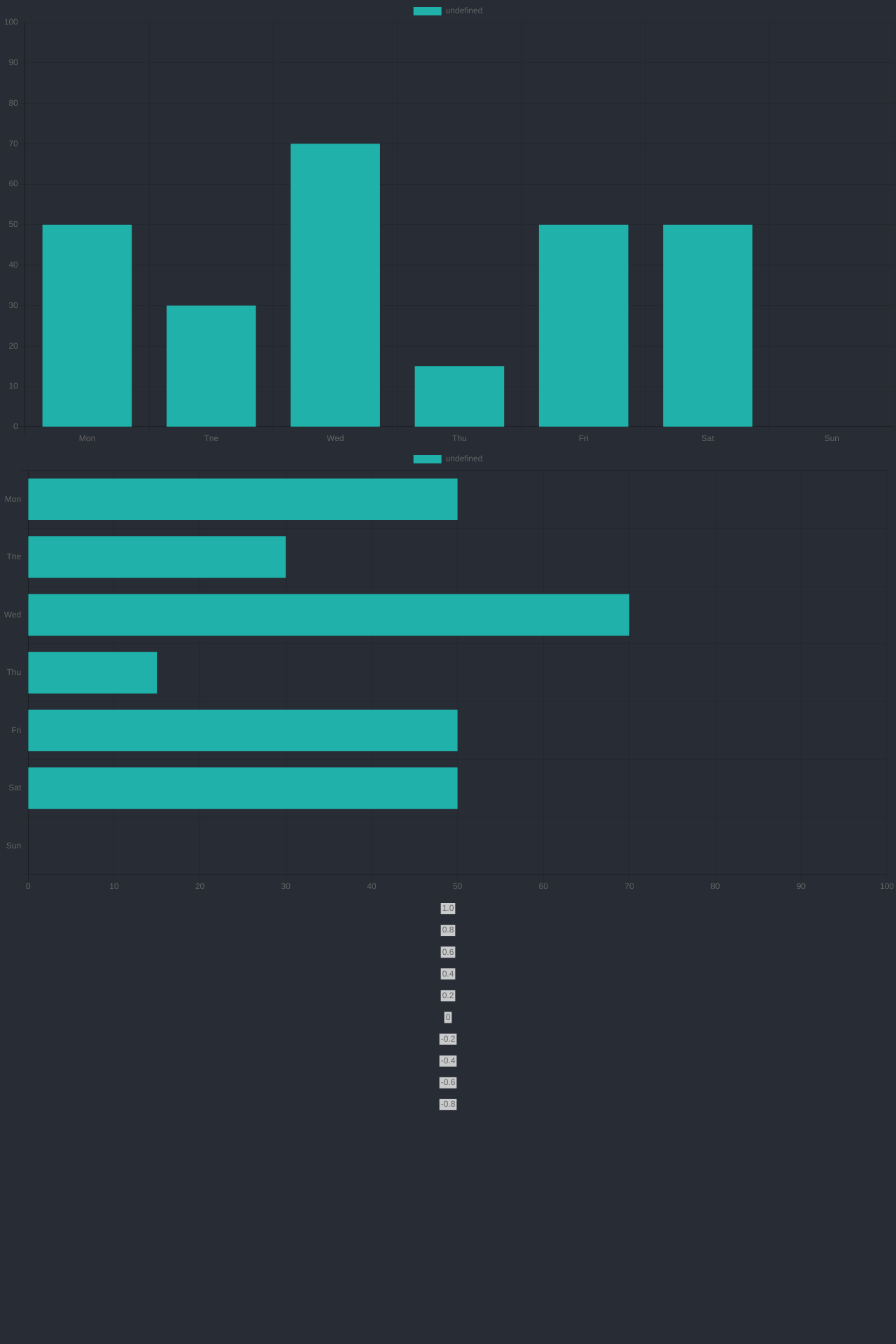
Repository: ShunsukeTanizaki/COVID19-Live
Page: /
An editor plug-in stored every save of this project. The page is shown before and after the next save, followed by the edit.
The browser window is 1280 px wide. The pictures show the part of the page from y = 1920 to 3840 px (the page is 3840 px tall), at 70% of full size.
The project was rebuilt for these pictures with package versions that can differ from the ones it lists, and the page was loaded fresh each time.

Above is the page before, as saved 2020-11-06 00:16:06.

### src/App.tsx
import React from "react";
// import logo from "./logo.svg";
import "./App.css";
import LinePlot from "./components/LinePlot";
import PiePlot from "./components/PiePlot";
import BarPlot from "./components/BarPlot";
import { Radar } from "react-chartjs-2";

function App() {
    return (
        <div className="App">
            <LinePlot />
            <PiePlot />
            <BarPlot />
            <Radar />
        </div>
    );
}

export default App;

### src/App.css
.App {
    background-color: #282c34;
    text-align: center;
}

.App-logo {
    height: 40vmin;
    pointer-events: none;
}

@media (prefers-reduced-motion: no-preference) {
    .App-logo {
        animation: App-logo-spin infinite 20s linear;
    }
}

.App-header {
    background-color: #282c34;
    min-height: 100vh;
    display: flex;
    flex-direction: column;
    align-items: center;
    justify-content: center;
    font-size: calc(10px + 2vmin);
    color: white;
}

.App-link {
    color: #61dafb;
}

@keyframes App-logo-spin {
    from {
        transform: rotate(0deg);
    }
    to {
        transform: rotate(360deg);
    }
}

### src/components/LinePlot.tsx
import React from "react";
import { Line } from "react-chartjs-2";

const data = {
    labels: ["Mon", "Tne", "Wed", "Thu", "Fri", "Sat", "Sun"],
    datasets: [
        {
            label: "Demo Line plot",
            backgroundColor: "#008080",
            borderColor: "#7fffd4",
            pointBorderWidth: 10,
            data: [1, 6, 9, 15, 30, 40, 80]
        }
    ]
};

const LinePlot: React.FC = () => {
    return (
        <div>
            <Line data={data} />
        </div>
    );
};

export default LinePlot;

### src/components/PiePlot.tsx
import React from "react";
import { Pie, Doughnut } from "react-chartjs-2";

const data = {
    labels: ["Windows", "Mac", "Linux"],
    datasets: [
        {
            data: [90, 7, 3],
            backgroundColor: ["#4196e1", "#ff1493", "#FFCE56"],
            hoverBackgroundColor: ["#36A2BE", "#FF6384", "#FFCE56"],
            borderColor: ["transparent", "transparent", "transparent"]
        }
    ]
};

const PiePlot: React.FC = () => {
    return (
        <div>
            <Pie data={data} />
            <Doughnut data={data} />
        </div>
    );
};

export default PiePlot;

### src/components/BarPlot.tsx
import React from "react";
import { Bar, HorizontalBar } from "react-chartjs-2";

const data = {
    labels: ["Mon", "Tne", "Wed", "Thu", "Fri", "Sat", "Sun"],
    datasets: [
        {
            labsl: "Demo bdr plot",
            backgroundColor: "#20b2aa",
            borderColor: "transParent",
            hoverBackgroundColor: "#5f9ea0",
            data: [50, 30, 70, 15, 50, 50, 0, 100]
        }
    ]
};

const BarPlot: React.FC = () => {
    return (
        <div>
            <Bar data={data} />
            <HorizontalBar data={data} />
        </div>
    );
};

export default BarPlot;

### src/components/RaderPlot.tsx
import React from "react";
import { Radar } from "react-chartjs-2";

const data = {
    labels: [
        "React",
        "Vue",
        "Angular",
        "JavaScript",
        "TypeScript",
        "Redux",
        "REST API"
    ],
    datasets: [
        {
            label: "Person A",
            backgloundColor: "rgba(179,181,198,0.2)",
            borderColor: "#008b8b",
            pointBackgloundColor: "#008b8b",
            pointBorderColor: "#fff",
            data: [100, 50, 30, 90, 50, 70, 40]
        },
        {
            label: "Person B",
            backgloundColor: "rgba(179,181,198,0.2)",
            borderColor: "#ff1493",
            pointBackgloundColor: "#ff1493",
            pointBorderColor: "#fff",
            data: [10, 30, 100, 10, 50, 100, 70, 60]
        }
    ]
};
const RaderPlot: React.FC = () => {
    return (
        <div>
            <Radar data={data} />
        </div>
    );
};

export default RaderPlot;

Loaded but not shown: public/index.html (common file); src/index.tsx (common file); src/index.css (common file); src/reportWebVitals.ts (common file)

After the next save:
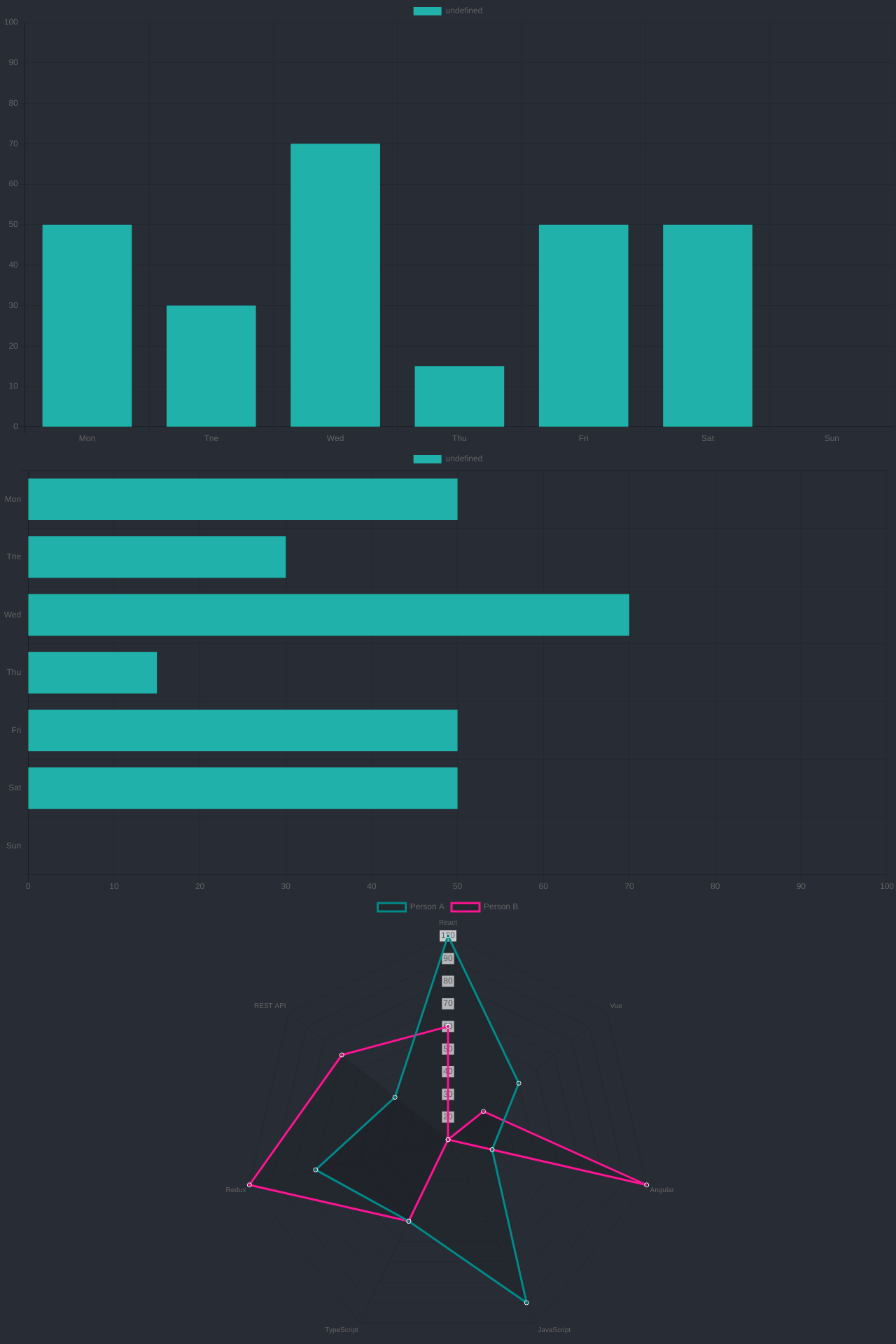
Saved 34 s later.
--- a/src/App.tsx
+++ b/src/App.tsx
@@ -4,7 +4,7 @@ import "./App.css";
 import LinePlot from "./components/LinePlot";
 import PiePlot from "./components/PiePlot";
 import BarPlot from "./components/BarPlot";
-import { Radar } from "react-chartjs-2";
+import RaderPlot from "./components/RaderPlot";
 
 function App() {
     return (
@@ -12,7 +12,7 @@ function App() {
             <LinePlot />
             <PiePlot />
             <BarPlot />
-            <Radar />
+            <RaderPlot />
         </div>
     );
 }
